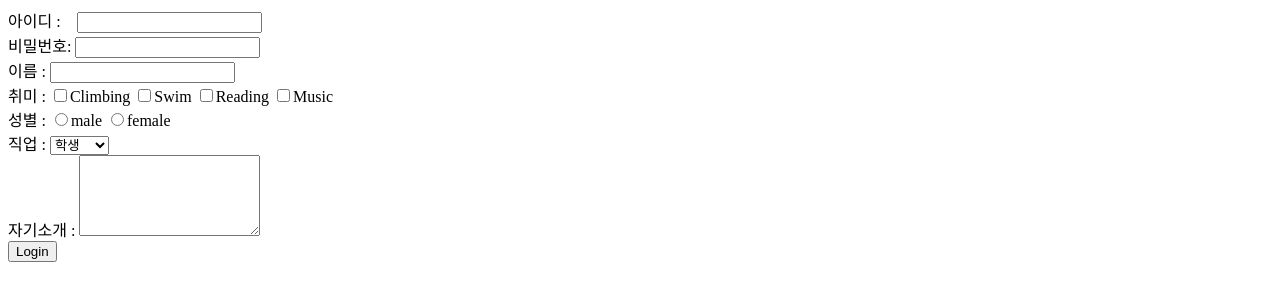
Repository: alsals126/servlet_study_2021
Page: http://localhost/ServletPrj/login_form.jsp
The author's editor kept a copy of each file at every save. The page is drawn from the files as they stood at one save, then again after the next save.
The browser window is 1280 px wide. The pictures show the whole page.
The page is served by Tomcat 9. Other server files are loaded and not shown.

Above is the page before, as saved 2021-05-11 00:57:34.

### ServletPrj/WebContent/login_form.jsp
<%@ page language="java" contentType="text/html; charset=EUC-KR"
    pageEncoding="EUC-KR"%>
<!DOCTYPE html>
<html>
<head>
<meta charset="EUC-KR">
<title>Insert title here</title>
</head>
<body>
	<form method="post" action="login">
		아이디 : &nbsp;&nbsp;&nbsp;<input type="text" name="id"/><br>
		비밀번호: <input type="password" name="pw"/><br>
		이름 : <input type="text" name="name"/><br>
		취미 : <input type="checkbox" name="hobby" value="climbing">Climbing
		      <input type="checkbox" name="hobby" value="swim">Swim
		      <input type="checkbox" name="hobby" value="reading">Reading
		      <input type="checkbox" name="hobby" value="music">Music
		      <br>
		성별 : <input type="radio" name="gender" value="male">male
		      <input type="radio" name="gender" value="female">female
		      <br>
		직업 : <select name="job">
    			<option value="학생">학생</option>
    			<option value="공무원">공무원</option>
    			<option value="무직">무직</option>
			  </select><br>
		자기소개 : <textarea rows="5" name="aboutMe"></textarea><br>
		<button type="submit">Login</button>
	</form>
</body>
</html>

After the next save:
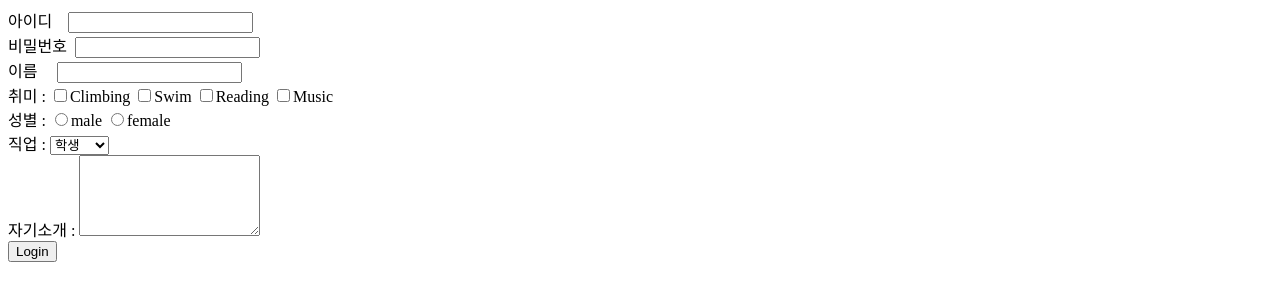
Saved 24 s later.
--- a/ServletPrj/WebContent/login_form.jsp
+++ b/ServletPrj/WebContent/login_form.jsp
@@ -8,9 +8,9 @@
 </head>
 <body>
 	<form method="post" action="login">
-		아이디 : &nbsp;&nbsp;&nbsp;<input type="text" name="id"/><br>
-		비밀번호: <input type="password" name="pw"/><br>
-		이름 : <input type="text" name="name"/><br>
+		아이디  &nbsp;&nbsp;&nbsp;<input type="text" name="id"/><br>
+		비밀번호 &nbsp;<input type="password" name="pw"/><br>
+		이름  &nbsp;&nbsp;&nbsp;&nbsp;<input type="text" name="name"/><br>
 		취미 : <input type="checkbox" name="hobby" value="climbing">Climbing
 		      <input type="checkbox" name="hobby" value="swim">Swim
 		      <input type="checkbox" name="hobby" value="reading">Reading
